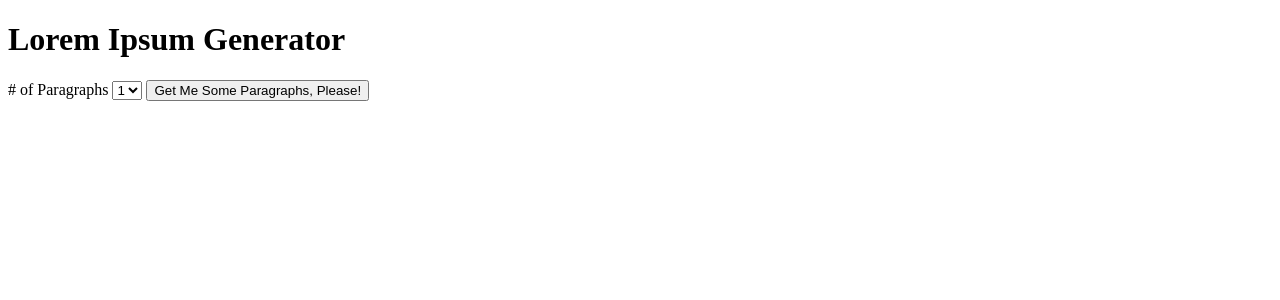
Repository: developergrace/cosw30
Page: labwork/lab4/generator_form.html
The author's editor kept a record of every edit. The page is drawn from the files as they stood at one moment, then again after the next edit.
The browser window is 1280 px wide. The pictures show the whole page.

Above is the page before.

After the next edit:
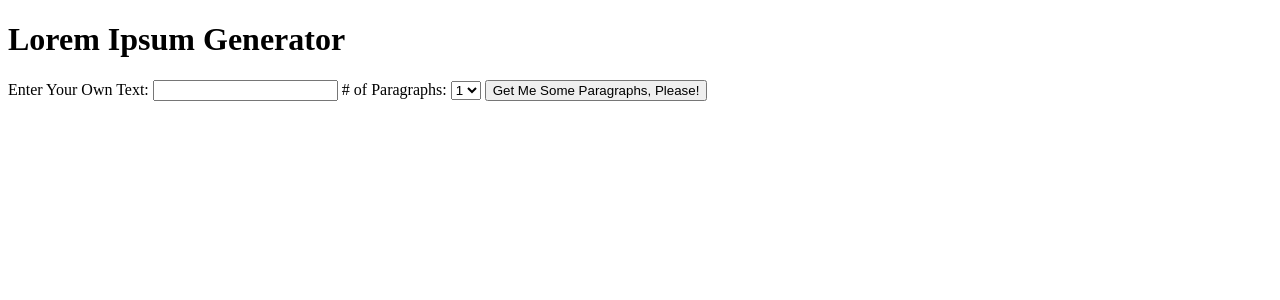
The edit:
--- a/labwork/lab4/generator_form.html
+++ b/labwork/lab4/generator_form.html
@@ -7,7 +7,11 @@
     <body>
         <h1>Lorem Ipsum Generator</h1>
         <form action="generator.php" method="POST">
-            <label for="paragraphs"># of Paragraphs</label>
+            <label for="text">Enter Your Own Text: </label>
+            <input type="text" id="text" name="text">
+
+
+            <label for="paragraphs"># of Paragraphs: </label>
             <select id="paragraphs" name="paragraphs">
                 <option value="1">1</option>
                 <option value="2">2</option>
